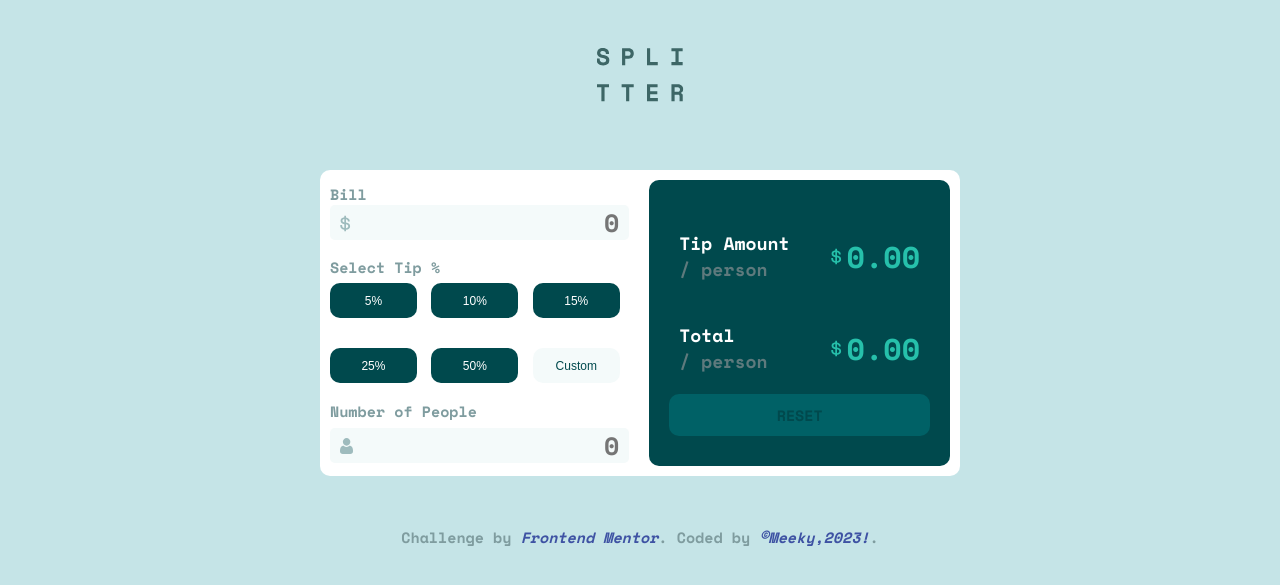
Repository: MeekyBerry/Frontend-Mentor-Challenges
Page: tip-calculator-app/index.html
These files come from the project's save history. The page is drawn as it stood at one moment and after the next save; the edit follows.
The browser window is 1280 px wide. The pictures show the whole page.

Above is the page before, as saved 2023-04-07 20:04:24.

### tip-calculator-app/index.html
<!DOCTYPE html>
<html lang="en">

<head>
  <meta charset="UTF-8">
  <meta name="viewport" content="width=device-width, initial-scale=1.0">
  <link rel="icon" type="image/png" sizes="32x32" href="./css/images/favicon-32x32.png">
  <title> Tip calculator app</title>
  <link rel="stylesheet" href="./css/style.css">
  <script src="./script.js" defer></script>
</head>

<body>
  <div class="heading-logo">
    <img src="./css/images/logo.svg" alt="Logo" class="logo">
  </div>

  <form id="form" class="background">
    <div class="first-container">
      <div class="bill-container">
        <label for="bill">Bill</label>
        <input type="number" id="bill" placeholder="0" class="bill-input__img input-bar">
      </div>

      <div class="tip">
        <div class="tip--heading">Select Tip %</div>
        <div class="percent-container">
          <button type="button" class="percent five">5%</button>
          <button type="button" class="percent ten">10%</button>
          <button type="button" class="percent fiftheen">15%</button>
          <button type="button" class="percent twenty-five">25%</button>
          <button type="button" class="percent fifty">50%</button>
          <button type="button" class="percent custom" id="cst-btn">Custom</button>
        </div>
      </div <div>
      <div class="people-validate">
        <label for="number">Number of People</label>
        <span id="validate" class="people-zero">Can't be zero</span>
      </div>
      <div class="icon-box">
        <input type="number" id="people" class="people-input__img input-bar" placeholder="0">
      </div>
    </div>
    </div>

    <div class="second-container">
      <div class="amount">
        <p>Tip Amount <span class="person">/ person</span></p>
        <div class="digit">
          <svg xmlns="http://www.w3.org/2000/svg" width="11" height="17">
            <path fill="var(--Strong-cyan)"
              d="M6.016 16.328v-1.464c1.232-.08 2.22-.444 2.964-1.092.744-.648 1.116-1.508 1.116-2.58v-.144c0-.992-.348-1.772-1.044-2.34-.696-.568-1.708-.932-3.036-1.092V4.184c.56.144 1.012.4 1.356.768.344.368.516.816.516 1.344v.288h1.824v-.432c0-.448-.088-.876-.264-1.284a3.783 3.783 0 00-.744-1.116A4.251 4.251 0 007.54 2.9a5.324 5.324 0 00-1.524-.492V.872H4.288V2.36a5.532 5.532 0 00-1.416.324c-.448.168-.84.392-1.176.672-.336.28-.604.616-.804 1.008-.2.392-.3.844-.3 1.356v.144c0 .96.316 1.708.948 2.244.632.536 1.548.884 2.748 1.044v3.912c-.704-.16-1.248-.472-1.632-.936-.384-.464-.576-1.08-.576-1.848v-.288H.256v.576c0 .464.08.924.24 1.38.16.456.404.88.732 1.272.328.392.744.728 1.248 1.008s1.108.476 1.812.588v1.512h1.728zM4.288 7.424c-.688-.128-1.164-.332-1.428-.612-.264-.28-.396-.644-.396-1.092 0-.464.176-.832.528-1.104.352-.272.784-.448 1.296-.528v3.336zm1.728 5.712V9.344c.768.128 1.328.328 1.68.6.352.272.528.688.528 1.248 0 .544-.196.984-.588 1.32-.392.336-.932.544-1.62.624z" />
          </svg>
          <span id="tip-amount" class="amount-span">0.00</span>
        </div>
      </div>

      <div class="amount">
        <p>Total <span class="person">/ person</span></p>
        <div class="digit">
          <svg xmlns="http://www.w3.org/2000/svg" width="11" height="17">
            <path fill="var(--Strong-cyan)"
              d="M6.016 16.328v-1.464c1.232-.08 2.22-.444 2.964-1.092.744-.648 1.116-1.508 1.116-2.58v-.144c0-.992-.348-1.772-1.044-2.34-.696-.568-1.708-.932-3.036-1.092V4.184c.56.144 1.012.4 1.356.768.344.368.516.816.516 1.344v.288h1.824v-.432c0-.448-.088-.876-.264-1.284a3.783 3.783 0 00-.744-1.116A4.251 4.251 0 007.54 2.9a5.324 5.324 0 00-1.524-.492V.872H4.288V2.36a5.532 5.532 0 00-1.416.324c-.448.168-.84.392-1.176.672-.336.28-.604.616-.804 1.008-.2.392-.3.844-.3 1.356v.144c0 .96.316 1.708.948 2.244.632.536 1.548.884 2.748 1.044v3.912c-.704-.16-1.248-.472-1.632-.936-.384-.464-.576-1.08-.576-1.848v-.288H.256v.576c0 .464.08.924.24 1.38.16.456.404.88.732 1.272.328.392.744.728 1.248 1.008s1.108.476 1.812.588v1.512h1.728zM4.288 7.424c-.688-.128-1.164-.332-1.428-.612-.264-.28-.396-.644-.396-1.092 0-.464.176-.832.528-1.104.352-.272.784-.448 1.296-.528v3.336zm1.728 5.712V9.344c.768.128 1.328.328 1.68.6.352.272.528.688.528 1.248 0 .544-.196.984-.588 1.32-.392.336-.932.544-1.62.624z" />
          </svg>
          <span id="total-amount" class="amount-span">0.00</span>
        </div>
      </div>
      <div class="btn-wrapper">
        <button type="reset" id="reset" class="btn">Reset</button>
      </div>
    </div>
  </form>

  <div class="attribution">
    Challenge by <a href="https://www.frontendmentor.io?ref=challenge" target="_blank">Frontend Mentor</a>.
    Coded by <a href="https://www.linkedin.com/in/mikkylanky/" target="_blank">&copy;Meeky,2023!</a>.
  </div>
</body>

</html>

### tip-calculator-app/css/style.css
@import url("https://fonts.googleapis.com/css2?family=Space+Mono:wght@400;700&display=swap");

:root {
  /* ### Primary */
  --Strong-cyan: hsl(172, 67%, 45%);
  /* ### Neutral */
  --Very-dark-cyan: hsl(183, 100%, 15%);
  --Dark-grayish-cyan: hsl(186, 14%, 43%);
  --Grayish-cyan: hsl(184, 14%, 56%);
  --Light-grayish-cyan: hsl(185, 41%, 84%);
  --Very-light-grayish-cyan: hsl(189, 41%, 97%);
  --White: hsl(0, 0%, 100%);
  --dark-blue: hsl(228, 45%, 44%);
}

html {
  font-size: 50%;
}

*,
::before,
::after {
  margin: 0;
  padding: 0;
  box-sizing: border-box;
}

body {
  font-size: 1.8rem;
  font-family: "Space Mono", sans-serif;
  font-weight: 700;
  background-color: var(--Light-grayish-cyan);
  color: var(--Grayish-cyan);
  height: 100%;
  width: 100%;
}

.heading-logo {
  height: 15rem;
  width: 100%;
  position: relative;
}

.logo {
  position: absolute;
  top: 50%;
  left: 50%;
  transform: translate(-50%, -50%);
}

.background {
  display: flex;
  flex-direction: column;
  justify-content: space-around;
  gap: 1rem;
  background-color: var(--White);
  height: 100%;
  width: 60%;
  border-radius: 1rem;
  padding: 1rem;
  margin: 2rem auto;
  -webkit-border-radius: 1rem;
  -moz-border-radius: 1rem;
  -ms-border-radius: 1rem;
  -o-border-radius: 1rem;
}

.people-validate {
  display: flex;
  justify-content: space-between;
  align-items: center;
}

.people-zero {
  color: red;
  font-size: 1.5rem;
  font-weight: 400;
  display: none;
}

label {
  display: block;
  font-size: 1.5rem;
}

.input-bar {
  display: flex;
  justify-content: space-between;
  align-items: center;
  width: 100%;
  height: 3.5rem;
  border: none;
  border-radius: .5rem;
  font-size: 2.5rem;
  font-family: "Space Mono", sans-serif;
  font-weight: 700;
  text-align: end;
  padding: 0 1rem 0 3rem;
}

.input-bar:focus {
  outline-color: var(--Strong-cyan);
}

.bill-input__img {
  background: url(../css/images/icon-dollar.svg) no-repeat var(--Very-light-grayish-cyan) 1rem 1rem;
  padding: 0 1rem 0 3rem;
}

.people-input__img {
  background: url(../css/images/icon-person.svg) no-repeat var(--Very-light-grayish-cyan) 1rem 1rem;
  padding: 0 1rem 0 3rem;
}

/* Remove Arrows/Spinners ON INPUT */
input::-webkit-outer-spin-button,
input::-webkit-inner-spin-button {
  -webkit-appearance: none;
}

/* Firefox */
input[type="number"] {
  -moz-appearance: textfield;
}

.tip {
  padding: 1rem 0;
}

.tip--heading {
  font-size: 1.5rem;
  margin-bottom: .5rem;
}

.percent-container {
  display: grid;
  grid-template-columns: repeat(2, 1fr);
  grid-template-rows: repeat(3, 1fr);
  grid-template-areas:
    "five ten"
    "fiftheen twentyFive"
    "fifty custom";
  gap: 3rem .5rem;
  /* place-content: center center; */
}

.percent {
  background-color: var(--Very-dark-cyan);
  color: var(--White);
  text-align: center;
  border-radius: 1rem;
  border: none;
  font-size: 1.2rem;
  width: 90%;
  height: 3.5rem;
}

.percent:active {
  background-color: var(--Light-grayish-cyan);
  color: var(--Very-dark-cyan);
  font-weight: 700;
}

.five {
  grid-area: five;
}

.ten {
  grid-area: ten;
}

.fiftheen {
  grid-area: fiftheen;
}

.twenty-five {
  grid-area: twentyFive;
}

.fifty {
  grid-area: fifty;
}

.custom {
  grid-area: custom;
  background-color: var(--Very-light-grayish-cyan);
  color: var(--Very-dark-cyan);
}

.custom-input {
  background-color: var(--Very-light-grayish-cyan);
  color: var(--Very-dark-cyan);
  border: none;
  border-radius: 1rem;
  padding: 0 1rem;
  font-size: 1.5rem;
  font-weight: 700;
  text-align: end;
  width: 100%;
  height: 100%;
}

.custom-input:focus {
  outline-color: var(--Strong-cyan);
}

.second-container {
  background-color: var(--Very-dark-cyan);
  border-radius: 1rem;
  padding: 3rem 2rem;
}

.amount {
  display: flex;
  justify-content: space-between;
  padding: 2rem 1rem;
}

p {
  color: var(--White);
}

.person {
  display: block;
  font-size: 1.8rem;
  color: var(--Dark-grayish-cyan);
}

.digit {
  display: flex;
  align-items: center;
  justify-content: center;
  gap: .5rem;
}

.amount-span {
  font-size: 3rem;
  color: var(--Strong-cyan);
}

.btn {
  width: 100%;
  padding: 1rem;
  background-color: hsl(183, 100%, 20%);
  color: var(--Very-dark-cyan);
  border: none;
  border-radius: 1rem;
  text-transform: uppercase;
  font-size: 1.5rem;
  font-weight: 700;
  font-family: "Space Mono", sans-serif;
  -webkit-border-radius: 1rem;
  -moz-border-radius: 1rem;
  -ms-border-radius: 1rem;
  -o-border-radius: 1rem;
}

.attribution {
  font-size: 1.5rem;
  text-align: center;
  margin-top: 5rem;
}

.attribution a {
  color: var(--dark-blue);
  text-decoration: none;
  font-style: italic;
}

@media only screen and (min-width: 600px) {
  html {
    font-size: 56.25%
  }

  .background {
    width: 40%;
  }
}

@media only screen and (min-width: 900px) {
  html {
    font-size: 62.5%;
  }

  .background {
    width: 50%;
    height: 50%;
    margin: 2rem auto;
    flex-direction: row;
    gap: 2rem;
    padding: 1rem;
  }

  .first-container {
    display: flex;
    flex-direction: column;
    justify-content: space-around;
    flex-basis: 50%;
  }

  .percent-container {
    grid-template-columns: repeat(3, 1fr);
    grid-template-rows: repeat(2, 1fr);
    grid-template-areas:
      "five ten fiftheen"
      "twentyFive fifty custom";
  }

  .second-container {
    display: flex;
    flex-direction: column;
    flex-basis: 50%;
  }

  .btn-wrapper {
    margin-top: auto;
  }
}

### tip-calculator-app/script.js
// 1. Get the bill amount from the input field
const billInput = document.getElementById("bill");
// 2. Get the tip percentage from the Button array
const tipButtons = document.querySelectorAll(".percent");
// 2.1. The percentage array contains a Custom button which toggles to input field when clicked
const customButton = document.querySelector(".custom");
// 2.2. Get the custom percentage from the input field
const customInput = document.createElement("input");
// Add style class to created customInput element
// customInput.classList.add('custom-input');
// 3. Get the number of people from the input field
const peopleInput = document.getElementById("people");
// 4. Calculate the tip amount per person;
const tipAmountSpan = document.getElementById("tip-amount");
// 5. Calculate the total cost per person
const totalAmountSpan = document.getElementById("total-amount");
// 6. Display the tip amount per person
const resetButton = document.getElementById("reset");
const validatePeople = document.getElementById("validate");

let bill = 0;
let tipPercentage = 0;
let customPercentage = 0;
let people = 0;

let inputPeople = false;
let error = true;

// calculate tip and total amount
const calculateTip = () => {
  if (people > 0) {
    inputPeople = true;
    let tip = (bill * (tipPercentage + customPercentage)) / 100;
    let total = bill + tip;
    let tipPerPerson = tip / people;
    let totalPerPerson = total / people;
    tipAmountSpan.textContent = `${tipPerPerson.toFixed(2)}`;
    totalAmountSpan.textContent = `${totalPerPerson.toFixed(2)}`;
  }
};

// add event listener for bill input
billInput.addEventListener("input", () => {
  bill = Number(billInput.value);
  calculateTip();
  disableReset();
});

// add event listener for people input
peopleInput.addEventListener("input", () => {
  if (peopleInput.value === "0") {
    validatePeople.style.display = "block";
    peopleInput.style.outlineColor = "red";
  } else {
    validatePeople.style.display = "none";
    peopleInput.style.outlineColor = "hsl(172, 67%, 45%)";
    people = Number(peopleInput.value);
    calculateTip();
    disableReset();
  }
});

// add event listeners for tip buttons
tipButtons.forEach((button) => {
  button.addEventListener("click", () => {
    if (button.classList.contains("custom")) {
      customInput.type = "number";
      customInput.value = "";
      customInput.classList.add("custom-input");
      if (button.parentNode) {
        button.parentNode.replaceChild(customInput, button);
        customInput.focus();
      }
    } else {
      tipPercentage = Number(button.textContent.replace("%", ""));
      calculateTip();
    }
  });
});

// add event listener for custom input
customInput.addEventListener("input", () => {
  customPercentage = Number(customInput.value);
  calculateTip();
});

// add event listener for reset button
resetButton.addEventListener("click", () => {
  billInput.value = "";
  peopleInput.value = "";
  tipAmountSpan.textContent = "0.00";
  totalAmountSpan.textContent = "0.00";
  bill = 0;
  tipPercentage = 0;
  customPercentage = 0;
  people = 0;
  if (customInput.parentNode) {
    customInput.parentNode.replaceChild(customButton, customInput);
  }
  resetButton.disabled = true;
  disableReset();
  validatePeople.style.display = "none";
});

// disable reset button
const disableReset = () => {
  if (billInput.value.trim() === "" && peopleInput.value.trim() === "") {
    resetButton.disabled = true;
    resetButton.style.backgroundColor = "hsl(183, 100%, 25%)";
  } else {
    resetButton.disabled = false;
    resetButton.style.backgroundColor = "hsl(172, 67%, 45%)";
  }
};

// add event listeners for reset button for the active state
resetButton.addEventListener("mousedown", () => {
  resetButton.style.backgroundColor = "hsl(185, 41%, 84%)";
});

resetButton.addEventListener("mouseup", () => {
  resetButton.style.backgroundColor = "hsl(183, 100%, 25%)";
});

After the next save:
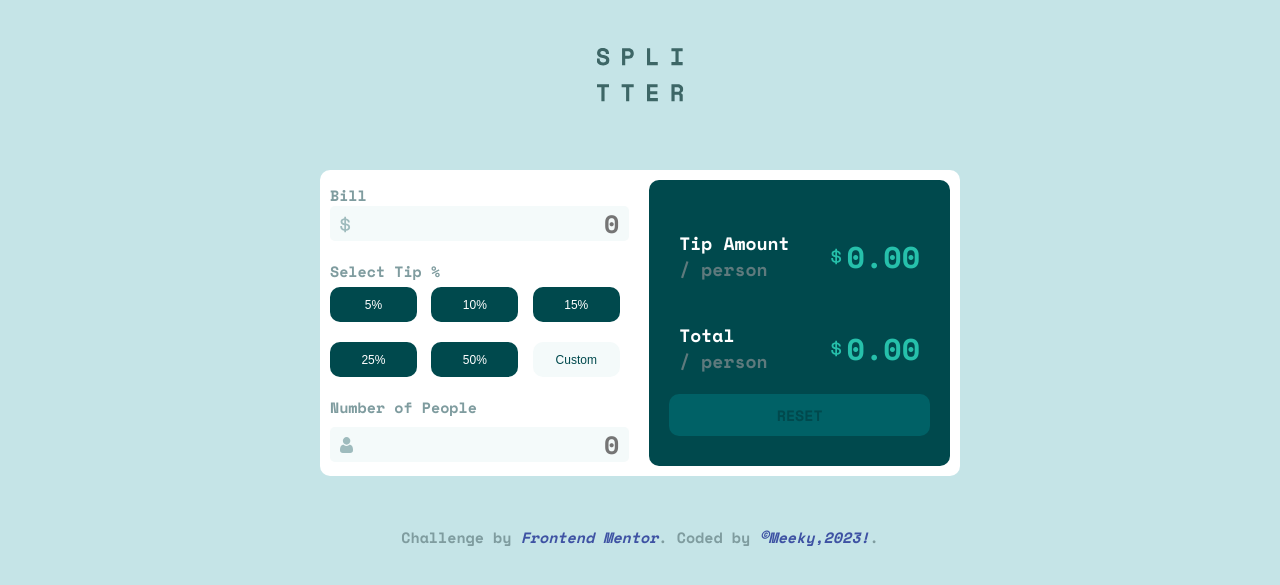
Saved 5 s later.
--- a/tip-calculator-app/css/style.css
+++ b/tip-calculator-app/css/style.css
@@ -140,7 +140,7 @@ input[type="number"] {
     "five ten"
     "fiftheen twentyFive"
     "fifty custom";
-  gap: 3rem .5rem;
+  gap: 2rem .5rem;
   /* place-content: center center; */
 }
 
